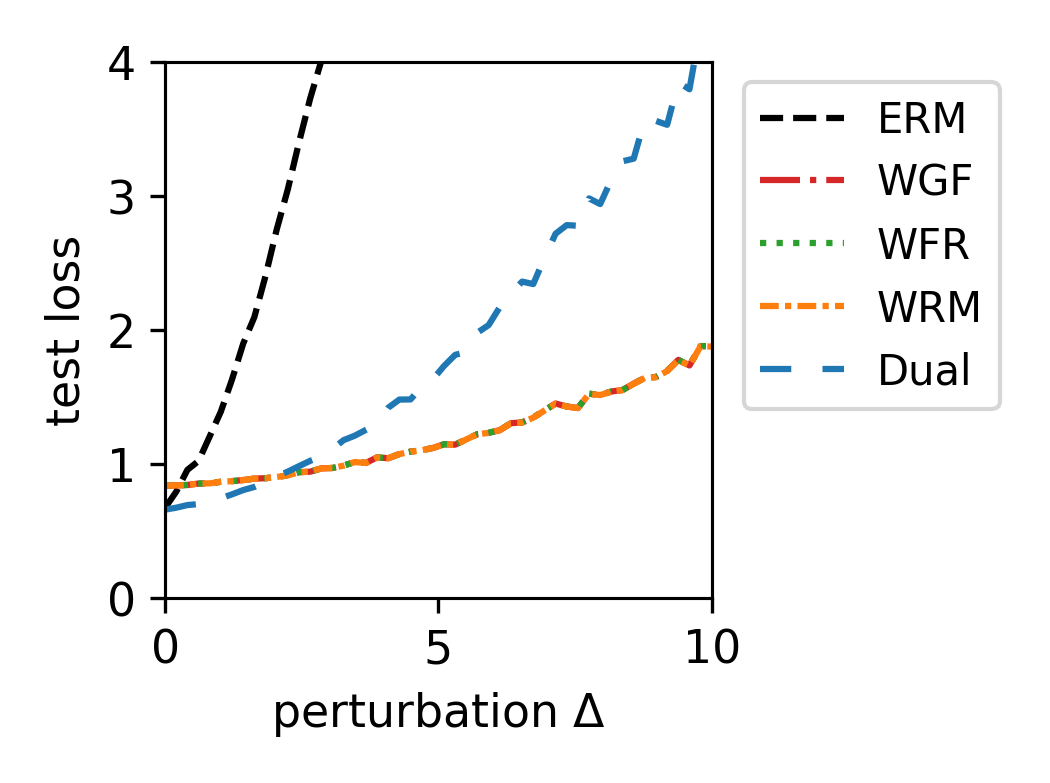
Repository: ZusenXu/GFS-DRO
Script's output: python uncertain_least_squares/uncertain_least_squares.py
These files come from the project's save history. The script's output is drawn as it stood at one moment and after the next save; the edit follows.
Random numbers start from a fixed seed.

Above is the script's output before, as saved 2025-09-14 01:45:56.

### uncertain_least_squares/uncertain_least_squares.py
import numpy as np
import matplotlib.pyplot as plt
from scipy.optimize import minimize
from scipy.special import logsumexp

# --- 1. 实验设置与参数定义 ---
# 定义问题的维度
DIM_M = 10  # 矩阵 A 的行数
DIM_N = 10  # 矩阵 A 的列数 (theta 的维度)

# 定义训练/测试样本数量
N_TRAIN_SAMPLES = 20
N_TEST_SAMPLES = 1000

# 定义分布偏移的扰动范围
DELTA_MIN = 0.0
DELTA_MAX = 10.0
DELTA_STEPS = 50

# --- DRO 算法超参数 ---
N_EPOCHS = 50 # 外部优化的迭代轮数
LEARNING_RATE = 0.01 # 外部优化 theta 的学习率
LAMBDA_VAL = 0.2 # 正则化参数 lambda
EPSILON = 0.2 # 熵正则化参数 epsilon
GRAD_CLIP_THRESHOLD = 100.0 # 梯度裁剪阈值，防止梯度爆炸

# RGO (算法2) 特定参数
RGO_SMOOTHNESS_L = 0.5 # 假设的损失函数平滑度 L (需满足 LAMBDA_VAL > L/2)

# WGF (算法3), WFR (算法4), WRM 特定参数
K_INNER_STEPS = 200  # 内部循环迭代次数 K (现在作为基准次数)
INNER_STEP_SIZE = 0.01 # 内部循环步长 eta
WFR_WEIGHT_STEP_SIZE = 0.08 # WFR 中权重更新的步长

# WGF, WFR, RGO 特定参数
M_PARTICLES = 8 # 使用的粒子(样本)数量

# Dual 方法特定参数
SINKHORN_SAMPLE_LEVEL = 4 # Dual 方法的蒙特卡洛采样级别

# --- 2. 生成固定的问题实例 ---
np.random.seed(219)
A0 = np.random.randn(DIM_M, DIM_N)
A1 = np.random.randn(DIM_M, DIM_N)
b = np.random.randn(DIM_M)

# --- 3. 数据生成函数 ---
def generate_training_data(n_samples):
    return np.random.uniform(-0.5, 0.5, n_samples)

def generate_test_data(n_samples, delta):
    lower_bound = -0.5 * (1 + delta)
    upper_bound = 0.5 * (1 + delta)
    return np.random.uniform(lower_bound, upper_bound, n_samples)

# --- 4. 核心函数定义 (Vectorized) ---
def loss_function(theta, z):
    """ 计算单个样本或一批样本 z 的损失 f_theta(z) """
    z = np.atleast_1d(z)
    # A_z shape: (num_z, DIM_M, DIM_N)
    A_z = A0[np.newaxis, :, :] + z[:, np.newaxis, np.newaxis] * A1[np.newaxis, :, :]
    # residual shape: (num_z, DIM_M)
    residual = A_z @ theta - b[np.newaxis, :]
    # loss shape: (num_z,)
    loss = np.sum(residual**2, axis=1) / DIM_M
    return loss.squeeze()

def loss_grad_theta(theta, z):
    """ 计算损失函数关于 theta 的梯度 nabla_theta f_theta(z) for one or a batch of z """
    z = np.atleast_1d(z)
    # A_z shape: (num_z, DIM_M, DIM_N)
    A_z = A0[np.newaxis, :, :] + z[:, np.newaxis, np.newaxis] * A1[np.newaxis, :, :]
    # residual shape: (num_z, DIM_M)
    residual = A_z @ theta - b[np.newaxis, :]
    # grad shape: (num_z, DIM_N)
    grad = 2 * (A_z.transpose(0, 2, 1) @ residual[:, :, np.newaxis]).squeeze(axis=2)
    return grad.squeeze()

def loss_grad_z(theta, z):
    """ 计算损失函数关于 z 的梯度 nabla_z f_theta(z) for one or a batch of z """
    z = np.atleast_1d(z)
    # A_z shape: (num_z, DIM_M, DIM_N)
    A_z = A0[np.newaxis, :, :] + z[:, np.newaxis, np.newaxis] * A1[np.newaxis, :, :]
    # residual shape: (num_z, DIM_M)
    residual = A_z @ theta - b[np.newaxis, :]
    # grad_A_z is A1 @ theta, shape: (DIM_M,)
    grad_A_z = A1 @ theta
    # grad shape: (num_z,)
    grad = 2 * np.sum(residual * grad_A_z[np.newaxis, :], axis=1)
    return grad.squeeze()

# --- 5. ERM (经验风险最小化) 实现 ---
def erm_objective_function(theta, xi_samples):
    """ 计算 ERM 的目标函数值（平均损失）"""
    return np.mean(loss_function(theta, xi_samples))

def solve_erm(xi_train_samples):
    """ 使用优化器求解 ERM 问题 """
    initial_theta = np.zeros(DIM_N)
    result = minimize(
        erm_objective_function, initial_theta, args=(xi_train_samples,), method='BFGS')
    if not result.success:
        print("警告: ERM 优化过程可能未收敛。")
    return result.x

# --- 6. RGO (算法2) 实现 (Vectorized) ---
def solve_rgo(xi_train_samples):
    """ 使用 RGO 算法求解 Sinkhorn DRO """
    theta = np.zeros(DIM_N)
    num_train = len(xi_train_samples)

    def rgo_inner_objective(z, xi, current_theta):
        l = loss_function(current_theta, z.flatten()).reshape(z.shape)
        penalty = (z - xi)**2
        return -l / (LAMBDA_VAL * EPSILON) + penalty / EPSILON

    def rgo_inner_objective_grad_z(z, xi, current_theta):
        grad_l_z = loss_grad_z(current_theta, z)
        grad_penalty = 2 * (z - xi)
        return -grad_l_z / (LAMBDA_VAL * EPSILON) + grad_penalty

    for epoch in range(N_EPOCHS):
        # Stage 1: 使用梯度下降寻找 z* for all xi simultaneously
        z_k = xi_train_samples.copy()
        for _ in range(K_INNER_STEPS):
            grad = rgo_inner_objective_grad_z(z_k, xi_train_samples, theta)
            z_k -= INNER_STEP_SIZE * grad
        z_star_batch = z_k

        # Stage 2: Vectorized 拒绝采样 M_PARTICLES 次 for each xi
        variance = (LAMBDA_VAL * EPSILON) / (2 * LAMBDA_VAL - RGO_SMOOTHNESS_L)
        if variance <= 0: variance = 1e-6
        std_dev = np.sqrt(variance)

        z_star_expanded = z_star_batch[:, np.newaxis]
        xi_expanded = xi_train_samples[:, np.newaxis]

        final_accepted_samples = np.zeros((num_train, M_PARTICLES))
        active_flags = np.ones((num_train, M_PARTICLES), dtype=bool)

        for _ in range(100): # Max 100 attempts for vectorization
            if not np.any(active_flags): break

            proposals = np.random.normal(0, std_dev, size=(num_train, M_PARTICLES))
            z_candidates = z_star_expanded + proposals

            f_val_candidates = rgo_inner_objective(z_candidates, xi_expanded, theta)
            f_val_star = rgo_inner_objective(z_star_expanded, xi_expanded, theta)

            log_accept_prob = -f_val_candidates + f_val_star - (proposals**2 / (2*variance))

            acceptance_mask = np.log(np.random.rand(num_train, M_PARTICLES)) < log_accept_prob
            newly_accepted = acceptance_mask & active_flags

            final_accepted_samples[newly_accepted] = z_candidates[newly_accepted]
            active_flags[newly_accepted] = False

        if np.any(active_flags):
            final_accepted_samples[active_flags] = z_star_expanded[active_flags]

        all_grads = loss_grad_theta(theta, final_accepted_samples.flatten())
        avg_particle_grads = all_grads.reshape(num_train, M_PARTICLES, -1).mean(axis=1)
        total_grad = avg_particle_grads.sum(axis=0)

        avg_grad = total_grad / num_train
        grad_norm = np.linalg.norm(avg_grad)
        if grad_norm > GRAD_CLIP_THRESHOLD:
            avg_grad = avg_grad * GRAD_CLIP_THRESHOLD / grad_norm
        theta -= LEARNING_RATE * avg_grad

    return theta

# --- 7. Wasserstein Gradient Flow (WGF) 实现 (Vectorized) ---
def solve_wgf(xi_train_samples):
    """ 使用 Wasserstein Gradient Flow (WGF) 求解 Sinkhorn DRO """
    theta = np.zeros(DIM_N)
    num_train = len(xi_train_samples)

    def f_bar_grad_z(z, xi, current_theta):
        grad_f = loss_grad_z(current_theta, z)
        return grad_f - 2 * LAMBDA_VAL * (z - xi)

    for epoch in range(N_EPOCHS):
        particles = np.tile(xi_train_samples[:, np.newaxis], (1, M_PARTICLES))

        for _ in range(K_INNER_STEPS):
            particles_flat = particles.flatten()
            xi_expanded = np.repeat(xi_train_samples, M_PARTICLES)

            grad = f_bar_grad_z(particles_flat, xi_expanded, theta)
            noise = np.random.normal(0, 1, size=particles_flat.shape)

            updated_particles_flat = particles_flat + INNER_STEP_SIZE * grad + np.sqrt(2 * INNER_STEP_SIZE * LAMBDA_VAL * EPSILON) * noise
            particles = updated_particles_flat.reshape(num_train, M_PARTICLES)
            particles = np.clip(particles, -1, 1)
        #print(particles)
        all_grads = loss_grad_theta(theta, particles.flatten())
        avg_particle_grads = all_grads.reshape(num_train, M_PARTICLES, -1).mean(axis=1)
        total_grad = avg_particle_grads.sum(axis=0)

        avg_grad = total_grad / num_train
        grad_norm = np.linalg.norm(avg_grad)
        if grad_norm > GRAD_CLIP_THRESHOLD:
            avg_grad = avg_grad * GRAD_CLIP_THRESHOLD / grad_norm
        theta -= LEARNING_RATE * avg_grad

    return theta

# --- 8. WFR Flow (算法4) 实现 (Vectorized) ---
def solve_wfr(xi_train_samples):
    """ 使用 WFR Flow 求解 Sinkhorn DRO """
    theta = np.zeros(DIM_N)
    num_train = len(xi_train_samples)

    def f_bar_grad_z(z, xi, current_theta):
        grad_f = loss_grad_z(current_theta, z)
        return grad_f - 2 * LAMBDA_VAL * (z - xi)

    for epoch in range(N_EPOCHS):
        particles = np.tile(xi_train_samples[:, np.newaxis], (1, M_PARTICLES))
        weights = np.full((num_train, M_PARTICLES), 1.0 / M_PARTICLES)

        for _ in range(K_INNER_STEPS):
            particles_flat = particles.flatten()
            xi_expanded = np.repeat(xi_train_samples, M_PARTICLES)

            grad = f_bar_grad_z(particles_flat, xi_expanded, theta)
            noise = np.random.normal(0, 1, size=particles_flat.shape)
            updated_particles_flat = particles_flat + INNER_STEP_SIZE * grad + np.sqrt(2 * INNER_STEP_SIZE * LAMBDA_VAL * EPSILON) * noise
            particles = updated_particles_flat.reshape(num_train, M_PARTICLES)
            particles = np.clip(particles, -1, 1)
            f_bar_val = loss_function(theta, particles.flatten()).reshape(particles.shape) - LAMBDA_VAL * (particles - xi_train_samples[:, np.newaxis])**2
            weights = (weights**(1 - LAMBDA_VAL * EPSILON * WFR_WEIGHT_STEP_SIZE)) * np.exp(WFR_WEIGHT_STEP_SIZE * f_bar_val)

            sum_weights = np.sum(weights, axis=1, keepdims=True)
            weights /= (sum_weights + 1e-9)
        #print(particles)
        all_grads = loss_grad_theta(theta, particles.flatten()).reshape(num_train, M_PARTICLES, -1)
        weighted_grads = np.sum(weights[:, :, np.newaxis] * all_grads, axis=1)
        total_grad = np.sum(weighted_grads, axis=0)

        avg_grad = total_grad / num_train
        grad_norm = np.linalg.norm(avg_grad)
        if grad_norm > GRAD_CLIP_THRESHOLD:
            avg_grad = avg_grad * GRAD_CLIP_THRESHOLD / grad_norm
        theta -= LEARNING_RATE * avg_grad

    return theta

# --- 9. WRM (Wasserstein Robust Method) 实现 (Vectorized) ---
def solve_wrm(xi_train_samples):
    """ 使用 WRM (确定性内部优化) 求解 """
    theta = np.zeros(DIM_N)
    num_train = len(xi_train_samples)

    def f_bar_grad_z(z, xi, current_theta):
        grad_f = loss_grad_z(current_theta, z)
        return grad_f - 2 * LAMBDA_VAL * (z - xi)

    for epoch in range(N_EPOCHS):
        z_k = xi_train_samples.copy()
        for _ in range(K_INNER_STEPS):
            grad = f_bar_grad_z(z_k, xi_train_samples, theta)
            z_k += INNER_STEP_SIZE * grad
            z_k = np.clip(z_k, -1, 1)
        #print(z_k)
        total_grad = loss_grad_theta(theta, z_k).sum(axis=0)

        avg_grad = total_grad / num_train
        grad_norm = np.linalg.norm(avg_grad)
        if grad_norm > GRAD_CLIP_THRESHOLD:
            avg_grad = avg_grad * GRAD_CLIP_THRESHOLD / grad_norm
        theta -= LEARNING_RATE * avg_grad

    return theta

# --- 10. Dual Method (对偶方法) 实现 (Vectorized) ---
def solve_dual(xi_train_samples):
    """ 使用对偶方法求解 Sinkhorn DRO """
    theta = np.zeros(DIM_N)
    num_train = len(xi_train_samples)

    levels = np.arange(SINKHORN_SAMPLE_LEVEL + 1)
    numerators = 2.0**(-levels)
    denominator = 2.0 - 2.0**(-SINKHORN_SAMPLE_LEVEL)
    probabilities = numerators / denominator

    for _ in range(N_EPOCHS):
        sampled_level = np.random.choice(levels, p=probabilities)
        m = 2**sampled_level

        noise = np.random.randn(num_train, m) * np.sqrt(EPSILON)
        z_samples = xi_train_samples[:, np.newaxis] + noise

        v = loss_function(theta, z_samples.flatten()).reshape(num_train, m) / (LAMBDA_VAL * EPSILON)

        v_max = np.max(v, axis=1, keepdims=True)
        weights = np.exp(v - v_max)
        weights /= np.sum(weights, axis=1, keepdims=True)

        grads = loss_grad_theta(theta, z_samples.flatten()).reshape(num_train, m, -1)
        weighted_grads = np.sum(weights[:, :, np.newaxis] * grads, axis=1)
        total_grad = np.sum(weighted_grads, axis=0)

        avg_grad = total_grad / num_train
        grad_norm = np.linalg.norm(avg_grad)
        if grad_norm > GRAD_CLIP_THRESHOLD:
            avg_grad = avg_grad * GRAD_CLIP_THRESHOLD / grad_norm
        theta -= LEARNING_RATE * avg_grad

    return theta

# --- 11. 实验执行与评估 ---
def run_experiment():
    """ 执行完整的实验流程 """
    xi_train = generate_training_data(N_TRAIN_SAMPLES)

    print("正在求解 ERM 模型...")
    theta_erm = solve_erm(xi_train)
    # print("正在求解 RGO 模型...")
    # theta_rgo = solve_rgo(xi_train)
    print("正在求解 WGF 模型...")
    theta_wgf = solve_wgf(xi_train)
    print("正在求解 WFR 模型...")
    theta_wfr = solve_wfr(xi_train)
    print("正在求解 WRM 模型...")
    theta_wrm = solve_wrm(xi_train)
    print("正在求解 Dual 模型...")
    theta_dual = solve_dual(xi_train)
    print("所有模型求解完成。")

    delta_values = np.linspace(DELTA_MIN, DELTA_MAX, DELTA_STEPS)
    results = {'ERM': [], 'WGF': [], 'WFR': [], 'WRM': [], 'Dual': []}#'RGO': [],
    models = {
        'ERM': theta_erm,  'WGF': theta_wgf,
        'WFR': theta_wfr, 'WRM': theta_wrm, 'Dual': theta_dual
    } #'RGO': theta_rgo,

    print("正在评估所有模型...")
    for delta in delta_values:
        xi_test = generate_test_data(N_TEST_SAMPLES, delta)
        for name, theta in models.items():
            test_loss = erm_objective_function(theta, xi_test)
            results[name].append(test_loss)

    print("评估完成。")
    return delta_values, results

# --- 12. 结果可视化 ---
def plot_results(delta_values, results):
    """ 绘制所有模型损失随扰动 delta 变化的曲线 """
    fig, ax = plt.subplots(figsize=(3.5, 2.613), dpi=300)

    styles = {
        'ERM': {'color': 'k', 'linestyle': '--'},
        'RGO': {'color': '#9467bd', 'linestyle': '-'},
        'WGF': {'color': '#d62728', 'linestyle': '-.'},
        'WFR': {'color': '#2ca02c', 'linestyle': ':'},
        'WRM': {'color': '#ff7f0e', 'linestyle': (0, (3, 1, 1, 1))}, # orange, dashdotdot
        'Dual': {'color': '#1f77b4', 'linestyle': (0, (5, 5))} # blue, dashed
    }

    for name, losses in results.items():
        ax.plot(delta_values, losses, linewidth=1.5, label=name, **styles[name])

    #ax.set_title('(a) Uncertain least squares loss', fontsize=11)
    ax.set_xlabel('perturbation $\Delta$', fontsize=11)
    ax.set_ylabel('test loss', fontsize=11)
    ax.tick_params(axis='both', which='major', labelsize=11)
    for spine in ax.spines.values():
        spine.set_linewidth(0.75)
    ax.set_xlim(0, 10)
    ax.set_ylim(0, 4)
    ax.grid(False)
    ax.legend(fontsize=10)
    ax.legend(loc='upper left', bbox_to_anchor=(1.02, 1))
    plt.tight_layout()
    plt.savefig('uncertain_least_squares_results.png', dpi=300)
    plt.show()

# --- 主程序入口 ---
if __name__ == '__main__':
    with np.errstate(all='ignore'):
        delta_vals, all_results = run_experiment()
        plot_results(delta_vals, all_results)

After the next save:
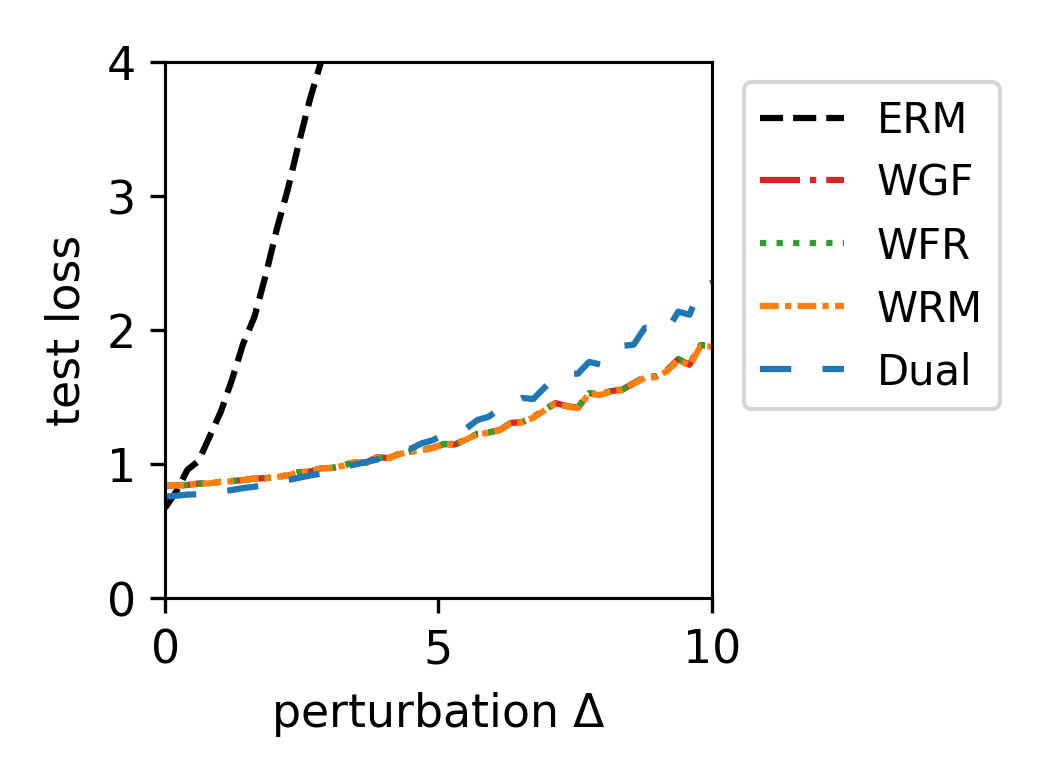
Saved 11 s later.
--- a/uncertain_least_squares/uncertain_least_squares.py
+++ b/uncertain_least_squares/uncertain_least_squares.py
@@ -21,7 +21,7 @@ DELTA_STEPS = 50
 N_EPOCHS = 50 # 外部优化的迭代轮数
 LEARNING_RATE = 0.01 # 外部优化 theta 的学习率
 LAMBDA_VAL = 0.2 # 正则化参数 lambda
-EPSILON = 0.2 # 熵正则化参数 epsilon
+EPSILON = 0.5 # 熵正则化参数 epsilon
 GRAD_CLIP_THRESHOLD = 100.0 # 梯度裁剪阈值，防止梯度爆炸
 
 # RGO (算法2) 特定参数
